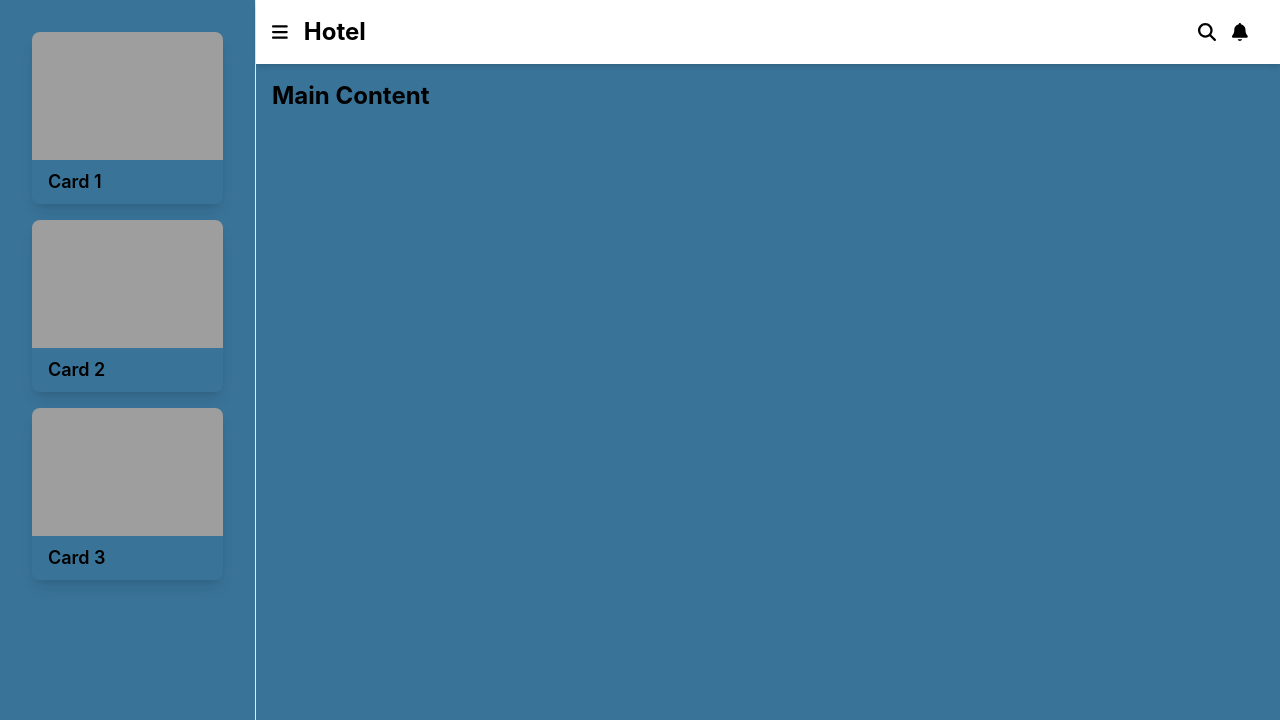
Repository: musabismael/Hotel
Page: /
An editor plug-in stored every save of this project. The page is shown before and after the next save, followed by the edit.
The browser window is 1280 px wide. The pictures show the whole page.
Pictures or frames that could not be fetched are drawn as grey boxes. The project was rebuilt for these pictures with package versions that can differ from the ones it lists, and the page was loaded fresh each time. Also part of the build but not shown: vite.config.js.

Above is the page before, as saved 2023-09-30 14:26:32.

After the next save:
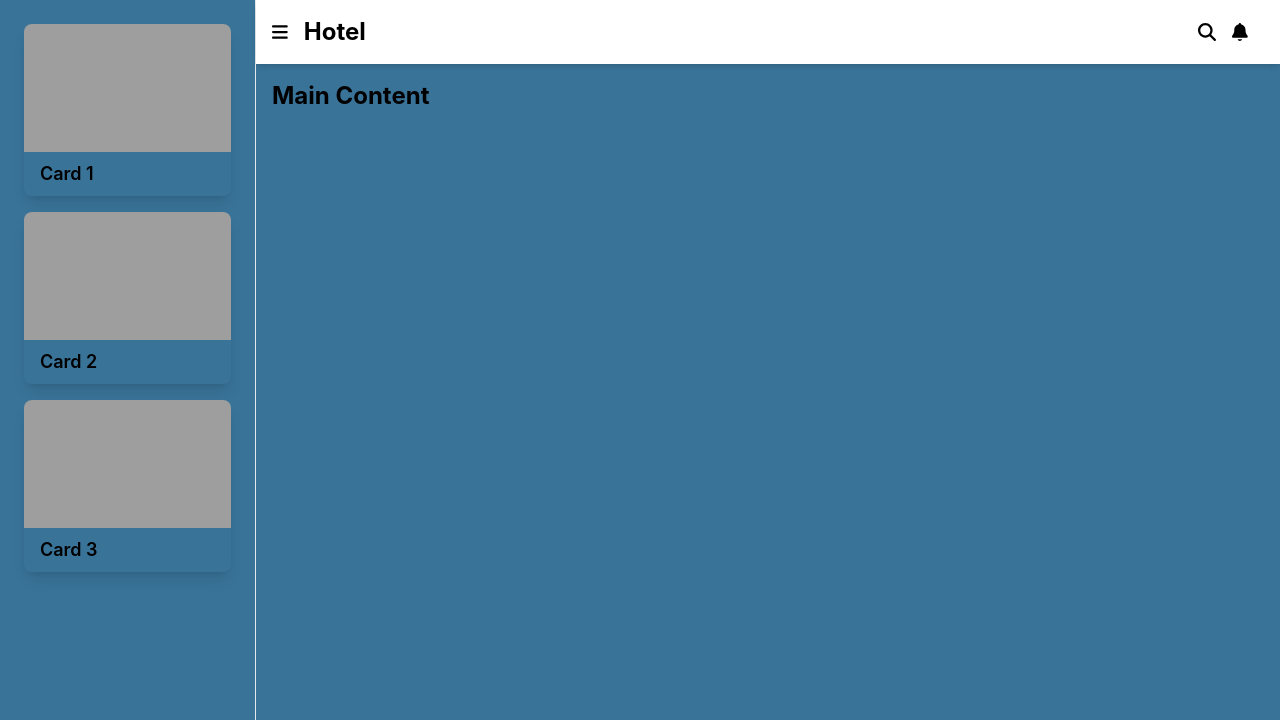
Saved 20 s later.
--- a/src/component/Sidebar.jsx
+++ b/src/component/Sidebar.jsx
@@ -24,7 +24,7 @@ const Sidebar = () => {
     console.log(`Card with ID ${id} clicked`);
   };
   return (
-    <aside className="#3f7b9f  w-1/5 min-h-screen p-4 border-r border-gray">
+    <aside className="#3f7b9f  w-1/5 min-h-screen p-2 border-r border-gray">
       <nav>
 
         {cardData.map((card) => (
